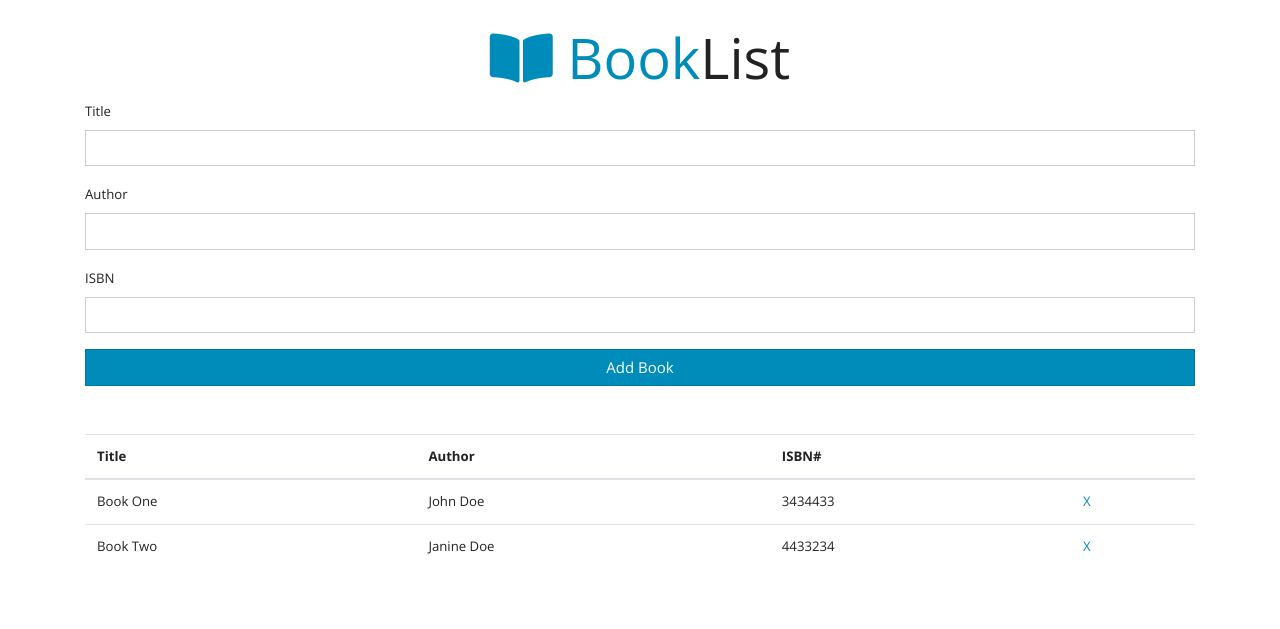
Repository: carrascomcesar/JSBOOKLIST
Page: index.html
The author's editor kept a copy of each file at every save. The page is drawn from the files as they stood at one save, then again after the next save.
The browser window is 1280 px wide. The pictures show the whole page.
Some web libraries are served in a nearby version.

Above is the page before, as saved 2021-02-01 11:16:08.

After the next save:
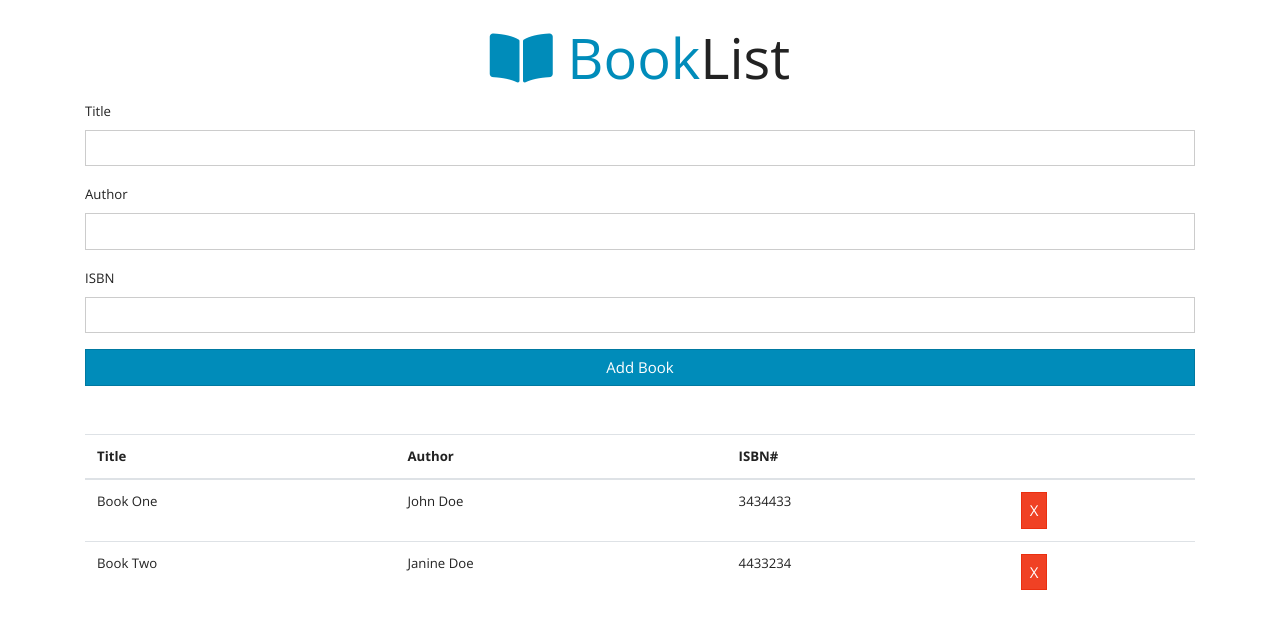
Saved 9 s later.
--- a/app.js
+++ b/app.js
@@ -35,7 +35,7 @@ class UI {
             <td>${book.title}</td>
             <td>${book.author}</td>
             <td>${book.isbn}</td>
-            <td><a href="#">X</a></td>
+            <td><a href="#" class="btn btn-danger">X</a></td>
 
 
 
